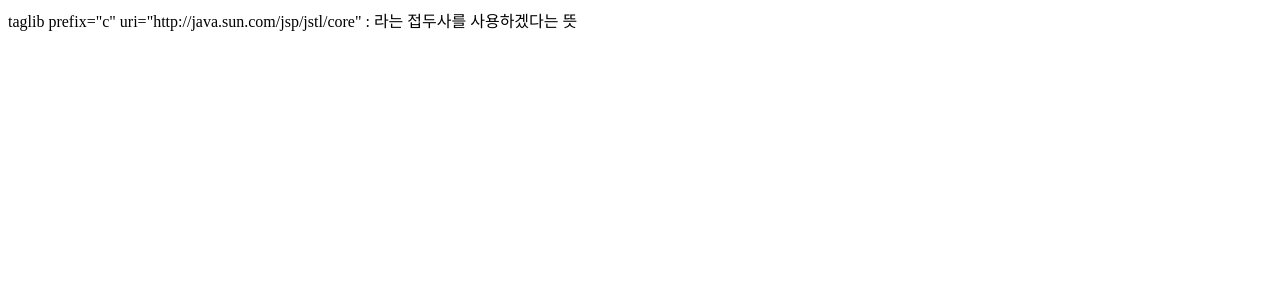
Repository: y2kim/workspace3
Page: http://localhost/WEB_MVC2_JSP_06_04/outputview.jsp
These files come from the project's save history. The page is drawn as it stood at one moment and after a run of saves; the edit follows.
The browser window is 1280 px wide. The pictures show the whole page.
The page is served by Tomcat 9.

Above is the page before, as saved 2018-06-05 02:25:44.

After the next 2 saves:
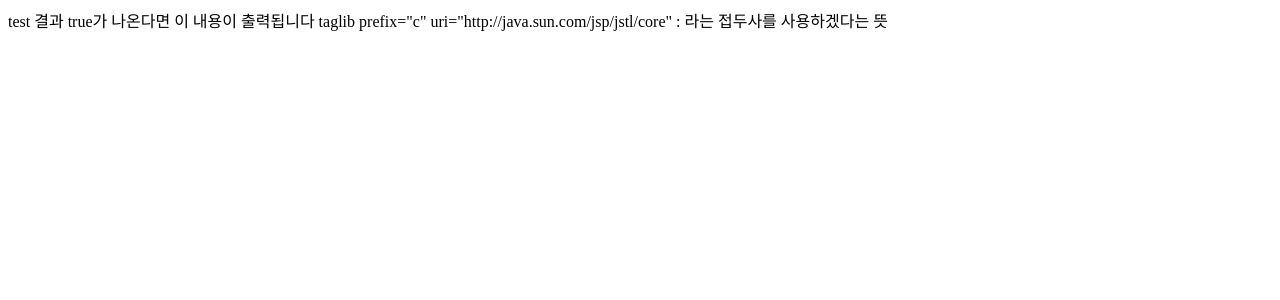
The 2 saves are shown as one change because they came seconds apart.
The last was saved 106 s later.
--- a/WEB_MVC2_JSP_06_04/WebContent/outputview.jsp
+++ b/WEB_MVC2_JSP_06_04/WebContent/outputview.jsp
@@ -8,10 +8,10 @@
 <title>Insert title here</title>
 </head>
 <body>
-    <c:if test="${5>10}">
+    <c:if test="${5<10}">
     	test 결과 true가 나온다면 이 내용이 출력됩니다
     </c:if>
-		${result}
+
 
 
 		 taglib prefix="c"  uri="http://java.sun.com/jsp/jstl/core" : 라는 접두사를 사용하겠다는 뜻
